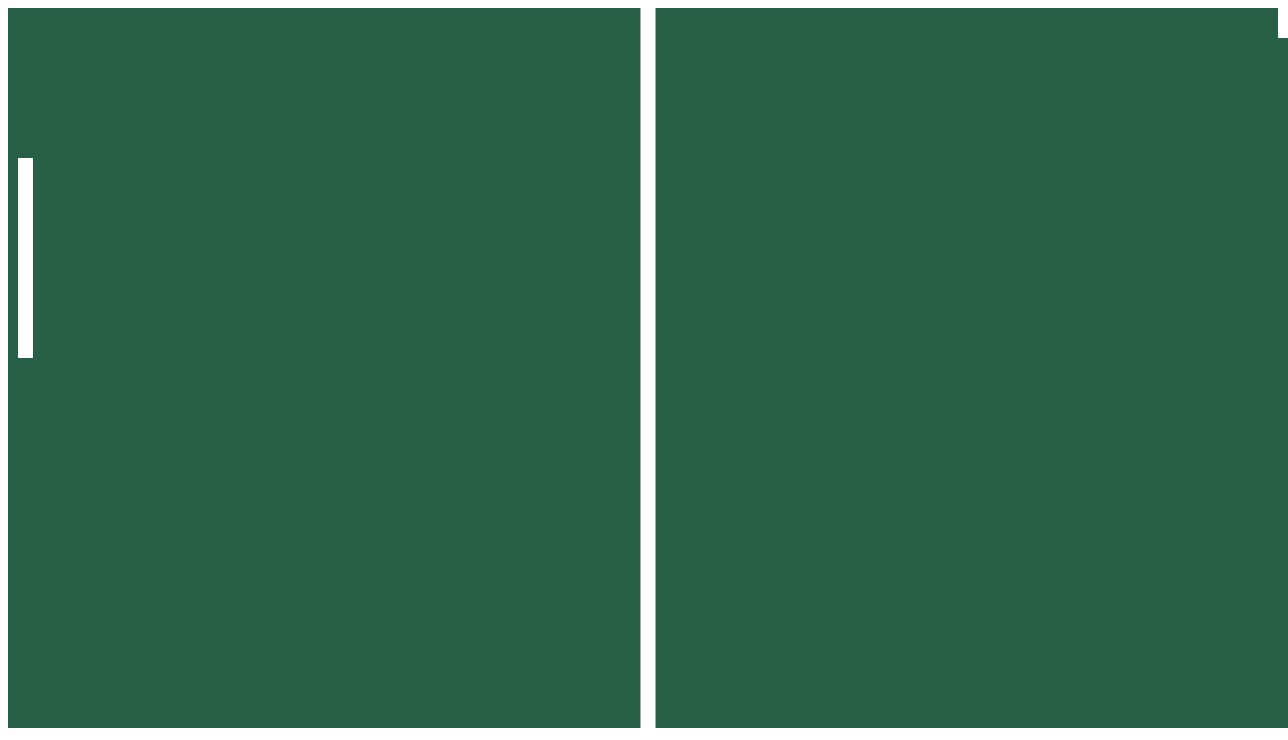
Repository: AkirahCarvalho/ping_pong
Page: index.html
These files come from the project's save history. The page is drawn as it stood at one moment and after a run of saves; the edit follows.
The browser window is 1280 px wide. The page is 1288 px wide, so the pictures cover 1288 px, including what lies to the right of the window. The pictures show the whole page.

Above is the page before, as saved 2024-03-26 16:04:01.

### index.html
<!DOCTYPE html>
<html lang="en">
<head>
    <meta charset="UTF-8">
    <meta name="viewport" content="width=device-width, initial-scale=1.0">
    <title>PING PONG</title>

</head>
<body>
    <canvas>

    </canvas>
    <script>
        const canvasEl = document.querySelector("canvas"),
         canvasCtx = canvasEl.getContext("2d")

         const lineWidth=15

        function setup(){ //roda o elemento
            canvasEl.width = canvasCtx.width = window.innerWidth
            canvasEl.height = canvasCtx.height = window.innerHeight
        }

        function draw(){
            canvasCtx.fillStyle="#286047"
            canvasCtx.fillRect(0,0, window.innerWidth, window.innerHeight)

            canvasCtx.fillStyle="#ffffff"

            const x=window.innerWidth / 2 - lineWidth / 2
            const y=0
            const w=lineWidth
            const h=window.innerHeight

            canvasCtx.fillRect(x, y, w, h)
          //desenhando raquete esquerda
            canvasCtx.fillRect(10, 150, lineWidth, 200)
            //desenhando raquete direita
            canvasCtx.fillRect(window.innerWidth-10, y, lineWidth, 30)
        }

        setup()
        draw()
    </script>
</body>
</html>

After the next 3 saves:
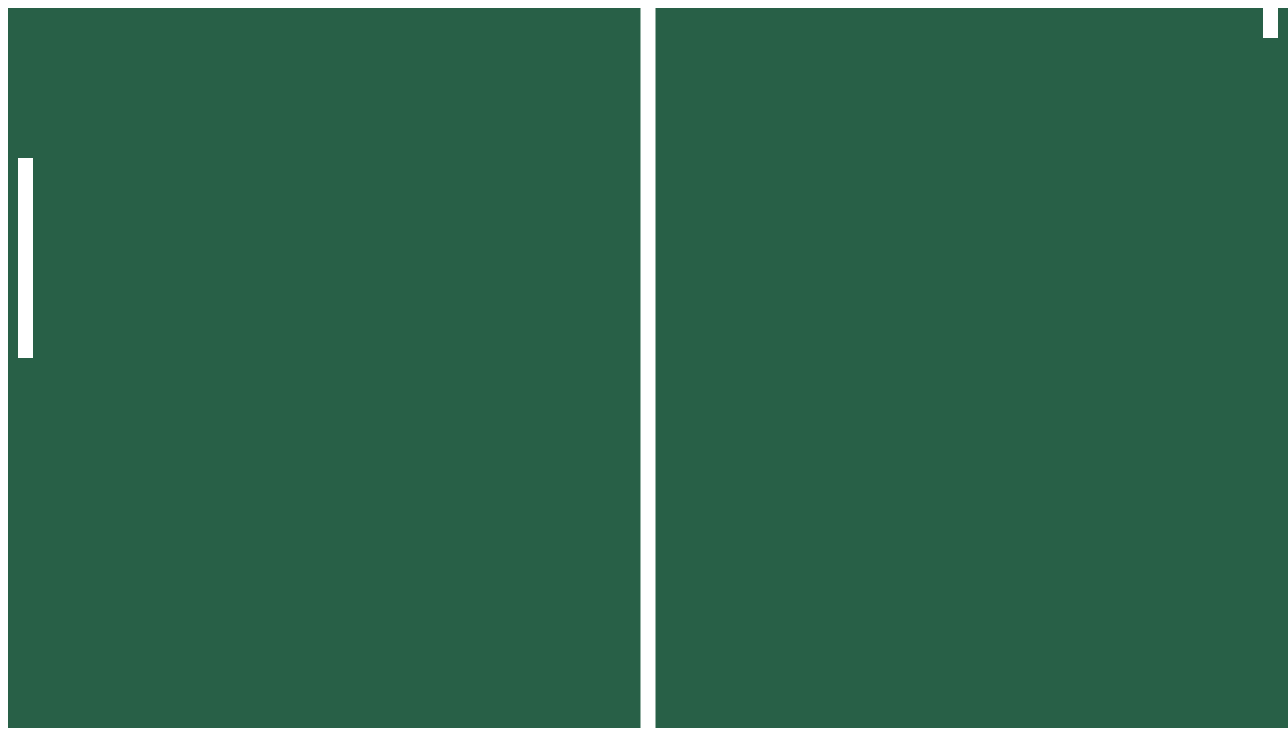
The 3 saves are shown as one change because they came seconds apart.
The last was saved 10 s later.
--- a/index.html
+++ b/index.html
@@ -36,7 +36,7 @@
           //desenhando raquete esquerda
             canvasCtx.fillRect(10, 150, lineWidth, 200)
             //desenhando raquete direita
-            canvasCtx.fillRect(window.innerWidth-10, y, lineWidth, 30)
+            canvasCtx.fillRect(window.innerWidth-lineWidth-10, y, lineWidth, 30)
         }
 
         setup()
